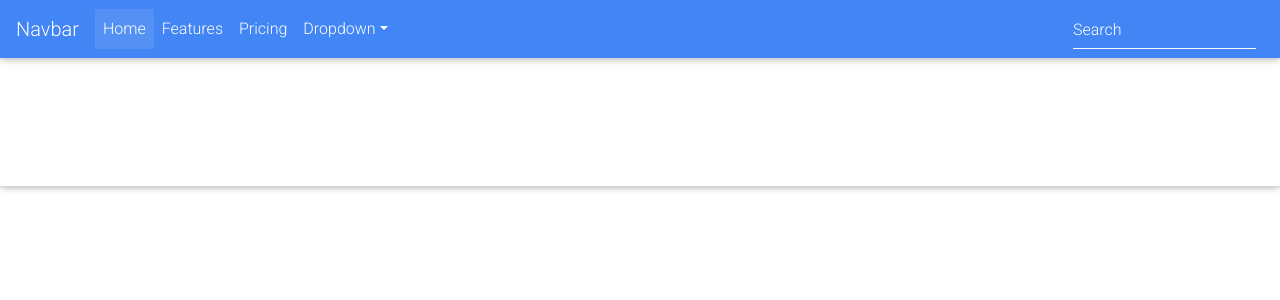
Repository: nicolasolo/bitesizecoding.space
Page: index.html
These files come from the project's save history. The page is drawn as it stood at one moment and after a run of saves; the edit follows.
The browser window is 1280 px wide. The pictures show the whole page.
Some web libraries are served in a nearby version.

Above is the page before, as saved 2020-04-14 12:51:15.

### index.html
<!DOCTYPE html>
<html lang="en">
<head>
    <meta charset="UTF-8">
    <meta name="viewport" content="width=device-width, initial-scale=1.0">
    <title>Trincu-Andrei</title>
    <link rel="stylesheet" href="https://use.fontawesome.com/releases/v5.11.2/css/all.css">
    <!-- Google Fonts Roboto -->
    <link rel="stylesheet" href="https://fonts.googleapis.com/css?family=Roboto:300,400,500,700&display=swap">
    <!-- Bootstrap core CSS -->
    <link rel="stylesheet" href="css/bootstrap.min.css">
    <!-- Material Design Bootstrap -->
    <link rel="stylesheet" href="css/mdb.min.css">
    <!-- Your custom styles (optional) -->
    <link rel="stylesheet" href="css/style.css">

  </head>
<body>
<header>
<!--Navbar-->
<nav class="navbar navbar-expand-lg navbar-dark primary-color">
  <!-- Navbar brand -->
  <a class="navbar-brand" href="#">Navbar</a>
  <!-- Collapse button -->
  <button class="navbar-toggler" type="button" data-toggle="collapse" data-target="#basicExampleNav"
    aria-controls="basicExampleNav" aria-expanded="false" aria-label="Toggle navigation">
    <span class="navbar-toggler-icon"></span>
  </button>
  <!-- Collapsible content -->
  <div class="collapse navbar-collapse" id="basicExampleNav">
    <!-- Links -->
    <ul class="navbar-nav mr-auto">
      <li class="nav-item active">
        <a class="nav-link" href="#">Home
          <span class="sr-only">(current)</span>
        </a>
      </li>
      <li class="nav-item">
        <a class="nav-link" href="#">Features</a>
      </li>
      <li class="nav-item">
        <a class="nav-link" href="#">Pricing</a>
      </li>
      <!-- Dropdown -->
      <li class="nav-item dropdown multi-level-dropdown">
        <a href="#" id="menu" data-toggle="dropdown" class="nav-link dropdown-toggle w-100">Dropdown</a>
        <ul class="dropdown-menu mt-2 rounded-0 primary-color border-0 z-depth-1">
          <li class="dropdown-item dropdown-submenu p-0">
            <a href="#" data-toggle="dropdown" class="dropdown-toggle text-white w-100">Click Me Too! </a>
            <ul class="dropdown-menu ml-2 rounded-0 primary-color border-0 z-depth-1">
              <li class="dropdown-item p-0">
                <a href="#" class="text-white w-100">Hey</a>
              </li>
              <li class="dropdown-item p-0">
                <a href="#" class="text-white w-100">Hi</a>
              </li>
              <li class="dropdown-item dropdown-submenu p-0">
                <a href="#" data-toggle="dropdown" class="dropdown-toggle text-white w-100">Hello </a>
                <ul class="dropdown-menu mr-2 rounded-0 primary-color border-0 z-depth-1 r-100 ">
                  <li class="dropdown-item p-0">
                    <a href="#" class="text-white w-100">Some</a>
                  </li>
                  <li class="dropdown-item p-0">
                    <a href="#" class="text-white w-100">Text</a>
                  </li>
                </ul>
              </li>
            </ul>
          </li>
          <li class="dropdown-item dropdown-submenu">
            <a href="#" data-toggle="dropdown" class="dropdown-toggle text-white w-100">Click me </a>
            <ul class="dropdown-menu mr-2 rounded-0  primary-color border-0 z-depth-1 r-100 ">
              <li class="dropdown-item p-0">
                <a href="#" class="text-white w-100">How</a>
              </li>
              <li class="dropdown-item p-0">
                <a href="#" class="text-white w-100">are</a>
              </li>
              <li class="dropdown-item p-0">
                <a href="#" class="text-white w-100">you </a>
              </li>
            </ul>
          </li>
        </ul>
      </li>
    </ul>
    <!-- Links -->
    <form class="form-inline">
      <div class="md-form my-0">
        <input class="form-control mr-sm-2" type="text" placeholder="Search" aria-label="Search">
      </div>
    </form>
  </div>
  <!-- Collapsible content -->
</nav>
<!--/.Navbar-->
</header>
<!-- Jumbotron -->
<!--codul va fi scris aici-->
<div class="jumbotron"
<!--Jumbotron -->

<!-- Footer-->
<!--navigation -> Footer-->


  <!-- jQuery -->
  <script type="text/javascript" src="js/jquery.min.js"></script>
  <!-- Bootstrap tooltips -->
  <script type="text/javascript" src="js/popper.min.js"></script>
  <!-- Bootstrap core JavaScript -->
  <script type="text/javascript" src="js/bootstrap.min.js"></script>
  <!-- MDB core JavaScript -->
  <script type="text/javascript" src="js/mdb.min.js"></script>
  <!-- Your custom scripts (optional) -->
  <script type="text/javascript"></script>

</body>
</html>

Loaded but not shown: css/bootstrap.min.css (library); css/mdb.min.css (library); js/jquery.min.js (library); js/popper.min.js (library); js/bootstrap.min.js (library); js/mdb.min.js (library); css/style.css (no stored copy; drawn as an empty file)

After the next 2 saves:
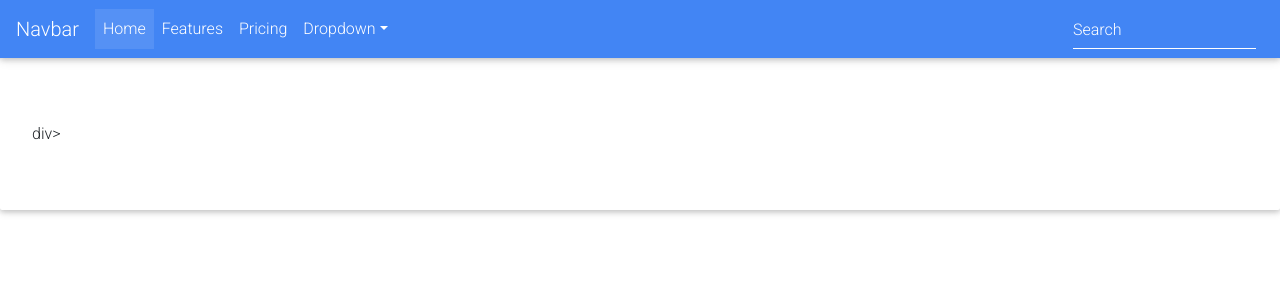
The 2 saves are shown as one change because they came seconds apart.
The last was saved 7 s later.
--- a/index.html
+++ b/index.html
@@ -99,7 +99,7 @@
 <!--codul va fi scris aici-->
 <div class="jumbotron"
 <!--Jumbotron -->
-
+<div></div>div>
 <!-- Footer-->
 <!--navigation -> Footer-->
 

After the save that followed:
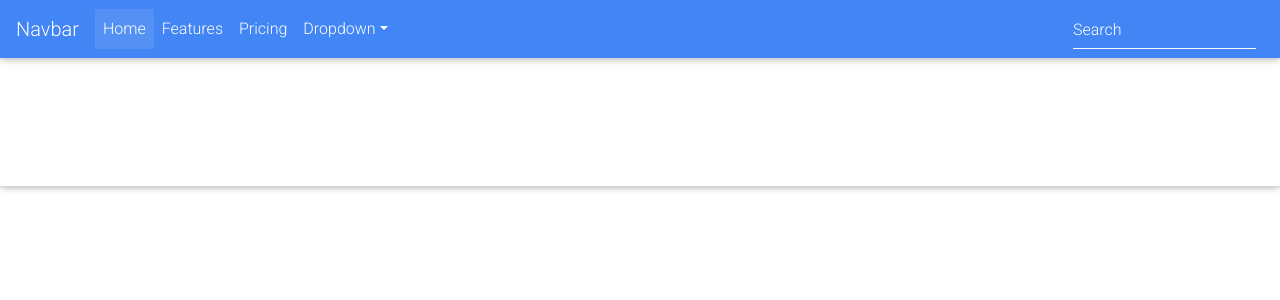
Saved 7 s later.
--- a/index.html
+++ b/index.html
@@ -99,7 +99,7 @@
 <!--codul va fi scris aici-->
 <div class="jumbotron"
 <!--Jumbotron -->
-<div></div>div>
+
 <!-- Footer-->
 <!--navigation -> Footer-->
 
